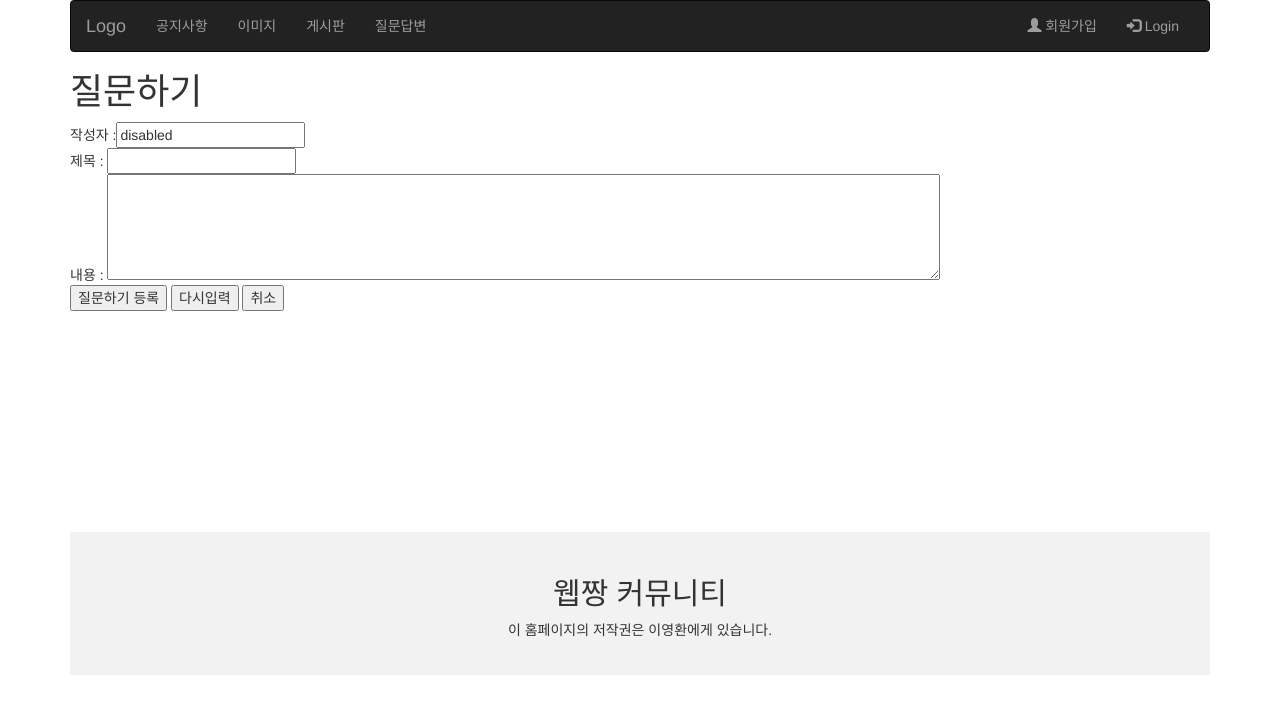
Repository: xo461/test
Page: http://localhost/webjjangcom_ver2/qna/writeForm.jsp
An editor plug-in stored every save of this project. The page is shown before and after the next save, followed by the edit.
The browser window is 1280 px wide. The pictures show the whole page.
Some web libraries are served in a nearby version. The page is served by Tomcat 9. Other server files are loaded and not shown. The template is opened directly, without the code that normally fills it, so the values that code supplies are empty.

Above is the page before, as saved 2019-11-14 06:43:56.

### web/webjjangcom_ver2/WebContent/WEB-INF/sitemesh.xml
<?xml version="1.0" encoding="UTF-8"?>
<!DOCTYPE XML>
<!-- 작성자 : 이영환 -->
<!-- 작성일 : 2018-11-14 -->
<!-- sitemesh 설정에 대한 정의 xml 파일 -->
<sitemesh>
	<!-- 레이아웃 꾸미기는 /WEB-INF/decorators.xml로 정의 -->
	<property name="decorators-file" value="/WEB-INF/decorators.xml" />
	<!-- 위에 property로 정의된 xml를 포함 시킨다. -->
	<excludes file="${decorators-file}" />

	<!-- HTML 분해 객체 선택 : title, head, body-->
	<page-parsers>
		<parser content-type="text/html"
			class="com.opensymphony.module.sitemesh.parser.HTMLPageParser" />
	</page-parsers>

	<!-- HTML 조립기 -->
	<decorator-mappers>
		<mapper

			class="com.opensymphony.module.sitemesh.mapper.ConfigDecoratorMapper">
			<param name="config" value="${decorators-file}" />
		</mapper>
	</decorator-mappers>
</sitemesh>

### web/webjjangcom_ver2/WebContent/WEB-INF/decorators.xml
<?xml version="1.0" encoding="UTF-8"?>
<!DOCTYPE XML>
<!-- 작성자 : 이영환 -->
<!-- 작성일 : 2018-11-14 -->
<!-- 꾸미기(레이아웃)에 대한 선언 -->
<decorators defaultdir="/WEB-INF/views/decorator">
	<!-- hello에 대한 요청이 들어오면 적용시키는 레이아웃 선언 -->
	<decorator name="main" page="default_decorator.jsp">
		<!-- url 패턴 중에서 적용이 안되는(패턴의 충돌) 패턴이 있으면 *를 제거하고 적용하세요. -->
<!-- 		<pattern>/</pattern> -->
		<pattern>/main</pattern>
		<pattern>/notice/*</pattern>
		<pattern>/board/*</pattern>
		<pattern>/member/*</pattern>
		<pattern>/qna/*</pattern>
		<pattern>/image/*</pattern>
	</decorator>

	<!-- 관리자의 대한 요청 레이아웃 선언 -->
<!-- 	<decorator name="admin" page="admin_decorator.jsp"> -->
<!-- 		<pattern>/admin/*</pattern> -->
<!-- 	</decorator> -->

	<!-- 데코레이션에서 제외되는 요청을 선언 -->

</decorators>

### web/webjjangcom_ver2/WebContent/qna/writeForm.jsp
<%@ page language="java" contentType="text/html; charset=UTF-8"
    pageEncoding="UTF-8"%>
<!DOCTYPE html>
<html>
<head>
<meta charset="UTF-8">
<title>질문답변 질문하기</title>
<meta charset="utf-8">
  <meta name="viewport" content="width=device-width, initial-scale=1">
  <link rel="stylesheet" href="https://maxcdn.bootstrapcdn.com/bootstrap/3.4.0/css/bootstrap.min.css">
  <script src="https://ajax.googleapis.com/ajax/libs/jquery/3.4.1/jquery.min.js"></script>
  <script src="https://maxcdn.bootstrapcdn.com/bootstrap/3.4.0/js/bootstrap.min.js"></script>
</head>
<body>
<h1>질문하기</h1>
<!--  많은 데이터를 넘길때 form -->
<form action="write.jsp"method="post">
<!--  input, select,textarea : 입력 항목 만들기 : 생략 -->
	작성자 :<input id="id" name = "id" value=${login.id } disabled><br/>
	제목 : <input id="title" name="title"><br/>
	내용 : <textarea id="content" rows="5" cols="100" name="content"></textarea>
	<br/>
<!-- 	button tag의 기본  type은 submit이다. 그래서 생략가능  -->
	<button onclick="location='/qna/write.jsp'">질문하기 등록</button>
	<button type="reset">다시입력</button>
<!-- 	버튼 기능만 사용하고 다른 동작은 하지 않도록 하는 타입  : button -->
<!-- 	동작을 따로 정의 onclick(클릭할때 동작 ) / history.back():이전 페이지로 이동 -->
	<button type="button" onclick = "history.back()">취소</button>

</form>
</body>
</html>

### web/webjjangcom_ver2/WebContent/WEB-INF/views/decorator/default_decorator.jsp
<!-- sitemesh 사용을 위한 설정 파일 -->
<!-- 작성자 : 이영환 -->
<!-- 작성일 : 2018-11-14 -->

<%@ page language="java" contentType="text/html; charset=UTF-8"
	pageEncoding="UTF-8"%>
<%@taglib prefix="decorator"
	uri="http://www.opensymphony.com/sitemesh/decorator"%>
<%@taglib prefix="c" uri="http://java.sun.com/jsp/jstl/core"%>
<!DOCTYPE html>
<html>

<head>
<meta http-equiv="Content-Type" content="text/html; charset=UTF-8">

<!-- title을 개별 jsp에 있는 title로 적용한다. -->
<title>웹짱::<decorator:title /></title>

<!-- jQuery, BootStrap 웹 라이브러리를 등록 했으므로 url 적용되는 개별 jsp에 등록 금지 -->
<meta name="viewport" content="width=device-width, initial-scale=1">

<link rel="stylesheet"
	href="https://maxcdn.bootstrapcdn.com/bootstrap/3.3.7/css/bootstrap.min.css">
<!-- 구글 아이콘 라이브러리 등록 : CSS -->
<link href="https://fonts.googleapis.com/icon?family=Material+Icons" rel="stylesheet">
<script
	src="https://ajax.googleapis.com/ajax/libs/jquery/3.1.1/jquery.min.js"></script>
<script
	src="https://maxcdn.bootstrapcdn.com/bootstrap/3.3.7/js/bootstrap.min.js"></script>

<style type="text/css">
header, footer {
	background: AntiqueWhite;
}

pre {
	background: white;
	border: 0px;
}

/* Remove the navbar's default margin-bottom and rounded borders */
.navbar {
	margin-bottom: 0;
	border-radius: 0;
}

/* Add a gray background color and some padding to the footer */
footer {
	background-color: #f2f2f2;
	padding: 25px;
}

.carousel-inner img {
	width: 100%; /* Set width to 100% */
	margin: auto;
	min-height: 200px;
}

/* Hide the carousel text when the screen is less than 600 pixels wide */
@media ( max-width : 600px) {
	.carousel-caption {
		display: none;
	}
}

article {
	min-height: 460px;
}

#welcome {
	color: grey;
	margin: 0 auto;
}
</style>
<!-- <script type="text/javascript" src="../js/jquery.js"></script> -->
<script type="text/javascript">
	$(document).ready(function() {
	});
</script>
<!-- 개별 jsp의 head 태그안에 있는 css, js를 넣어준다. -->
<decorator:head/>
</head>
<body>
	<div class="container">
<!-- 	메뉴나 로고 등  -->
	<header>
		<nav class="navbar navbar-inverse">
			<div class="container-fluid">

				<!-- 회사 로고 부분 -->
				<div class="navbar-header">
					<button type="button" class="navbar-toggle" data-toggle="collapse"
						data-target="#myNavbar">
						<span class="icon-bar"></span> <span class="icon-bar"></span> <span
							class="icon-bar"></span>
					</button>
					<a class="navbar-brand" href="${absUri }">Logo</a>
				</div>

				<!-- 모듈 메뉴 -->
				<div class="collapse navbar-collapse" id="myNavbar">
					<ul class="nav navbar-nav">
						<li><a href="/notice/list.jsp">공지사항</a></li>
						<li><a href="/image/list.jsp">이미지</a></li>
						<li><a href="/board/list.jsp">게시판</a></li>
						<li><a href="/qna/list.jsp">질문답변</a></li>
						<!-- 회원관리는 관리자 권한으로 로그인하면 보인다. -->
						<c:if test="${!empty login }">

				<!-- 관리자 메뉴  -->
							<c:if test="${login.grade==9 }">
								<li><a href="/member/list.jsp">회원관리</a></li>
							</c:if>
						</c:if>
					</ul>


					<!-- 오른쪽에 위치하는 메뉴바 -->
					<ul class="nav navbar-nav navbar-right">

						<!-- 로그인을 안한 경우의 메뉴 -->
						<c:if test="${empty login }">
							<li><a href="/member/joinForm.jsp"><span
									class="glyphicon glyphicon-user"></span> 회원가입</a></li>
							<li><a href="/member/loginForm.jsp"><span
									class="glyphicon glyphicon-log-in"></span> Login</a></li>
						</c:if>

						<!-- 로그인은 한 경우의 메뉴 -->
						<c:if test="${!empty login }">
							<li id="welcome"><a href="#">${login.name}[${login.gradeName }]</a></li>
							<li><a href="/member/view.do"> 내 정보 보기</a></li>
							<li><a href="/member/logout.do"><span
									class="glyphicon glyphicon-log-in"></span> Logout</a></li>
						</c:if>
					</ul>
				</div>
			</div>
		</nav>
	</header>
	<article>
		<decorator:body />
	</article>
	<footer class="container-fluid text-center">
		<h2>웹짱 커뮤니티 </h2>
		<p>이 홈페이지의 저작권은 이영환에게 있습니다.</p>
	</footer>
	</div>
</body>
</html>

After the next save:
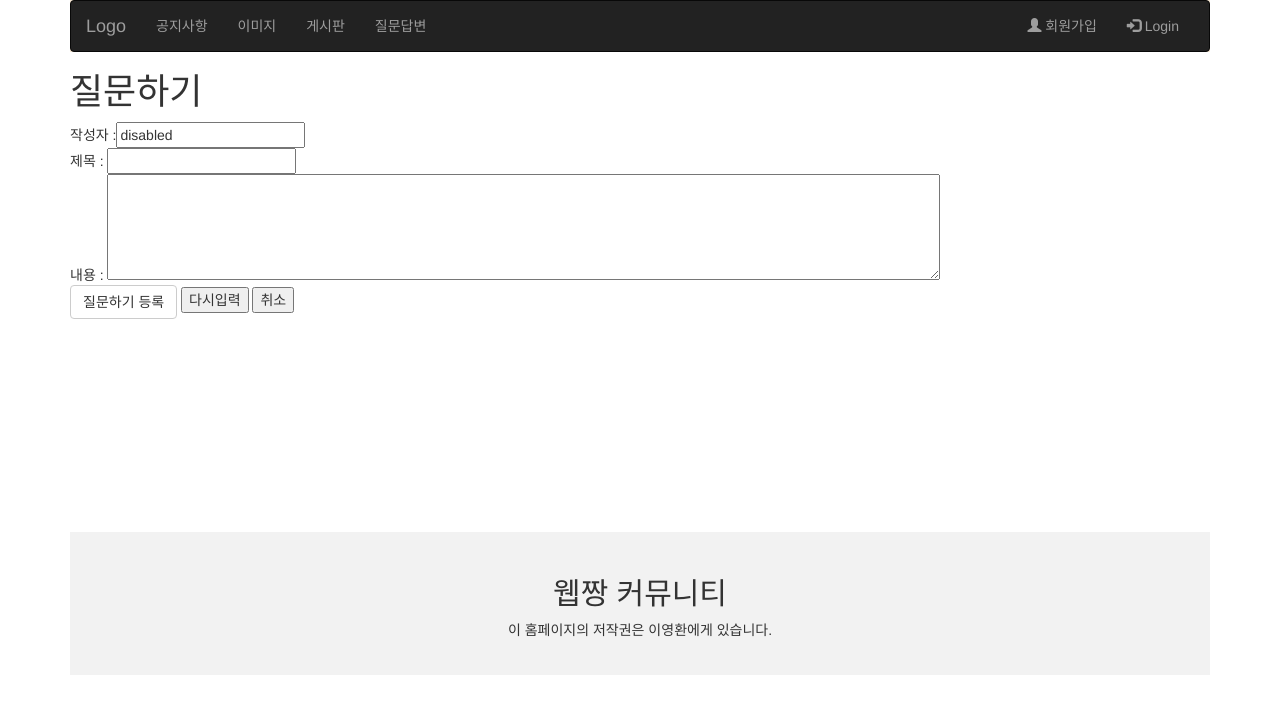
Saved 2 min 15 s later.
--- a/web/webjjangcom_ver2/WebContent/qna/writeForm.jsp
+++ b/web/webjjangcom_ver2/WebContent/qna/writeForm.jsp
@@ -21,7 +21,7 @@
 	내용 : <textarea id="content" rows="5" cols="100" name="content"></textarea>
 	<br/>
 <!-- 	button tag의 기본  type은 submit이다. 그래서 생략가능  -->
-	<button onclick="location='/qna/write.jsp'">질문하기 등록</button>
+	<button type="submit" class="btn btn-default" onclick="location='/qna/write.jsp'">질문하기 등록</button>
 	<button type="reset">다시입력</button>
 <!-- 	버튼 기능만 사용하고 다른 동작은 하지 않도록 하는 타입  : button -->
 <!-- 	동작을 따로 정의 onclick(클릭할때 동작 ) / history.back():이전 페이지로 이동 -->
